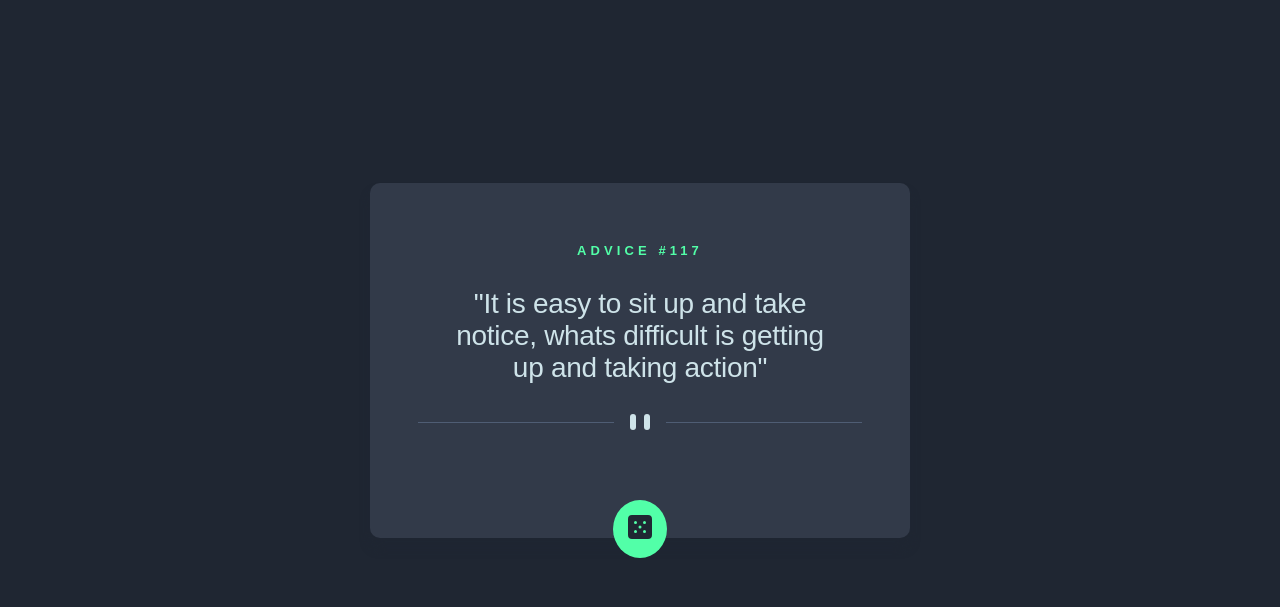
Repository: Arkitecth/advice-generator
Page: index.html
An editor plug-in stored every save of this project. The page is shown before and after the next save, followed by the edit.
The browser window is 1280 px wide. The pictures show the whole page.

Above is the page before, as saved 2023-07-12 18:03:50.

### index.html
<!DOCTYPE html>
<html lang="en">
<head>
  <meta charset="UTF-8">
  <meta name="viewport" content="width=device-width, initial-scale=1.0"> <!-- displays site properly based on user's device -->

  <link rel="icon" type="image/png" sizes="32x32" href="./images/favicon-32x32.png">
  <link rel="stylesheet" href="style.css">
  <title>Advice generator app</title>

</head>
<body>
  <div class="container">
    <p class="advice">Advice <span class="advice-num">#117</span></p>
    <p class="advice-text">"It is easy to sit up and take notice, whats difficult is getting up and taking action"</p>
    <img class="pattern-divider" src="images/pattern-divider-desktop.svg" alt="pattern-divider-desktop">
    <div>
      <img class="dice-icon" src="images/icon-dice.svg" alt="dice-icon">
    </div>

  </div>
</body>
</html>

### style.css
:root {
    --dark-blue: hsl(218, 23%, 16%);
    --dark-grayish-blue:hsl(217, 19%, 24%);
    --light-cyan:  hsl(193, 38%, 86%);
    --neon-green:hsl(150, 100%, 66%);
    --grayish-blue:hsl(217, 19%, 38%);
}
* {
    margin: 0;
    padding:0;
    box-sizing: border-box;
    font-family: 'Manrope', sans-serif;
}
@import url('https://fonts.googleapis.com/css2?family=Manrope:wght@800&display=swap');


body {
    background-color: var(--dark-blue);
    display: flex;
    height: 100vh;
    align-items: center;
}

.container {
    margin: 0 auto;
    background-color: var(--dark-grayish-blue);
    max-width: 540px;
    padding: 50px;
    border-radius: 10px;
    box-shadow: 0px 10px 10px var(--dark-blue);
    display: flex;
    flex-direction: column;
    align-items: center;
    align-content: space-around;
    justify-content: space-between;
}

.advice {
    color: var(--neon-green);
    text-transform: uppercase;
    font-weight: 800;
    letter-spacing: 4.086px;
    font-size: 0.8125rem;
    padding: 10px;
}

.advice-text {
    color: var(--light-cyan);
    text-align: center;
    font-size: 28px;
    letter-spacing: -0.3px;
    padding: 20px;
}


.pattern-divider {
    padding-top: 10px;
}


.container div {
    transform: translateY(70px);
    background-color: var(--neon-green);
    border-radius: 50%;
    padding: 15px;

}

After the next save:
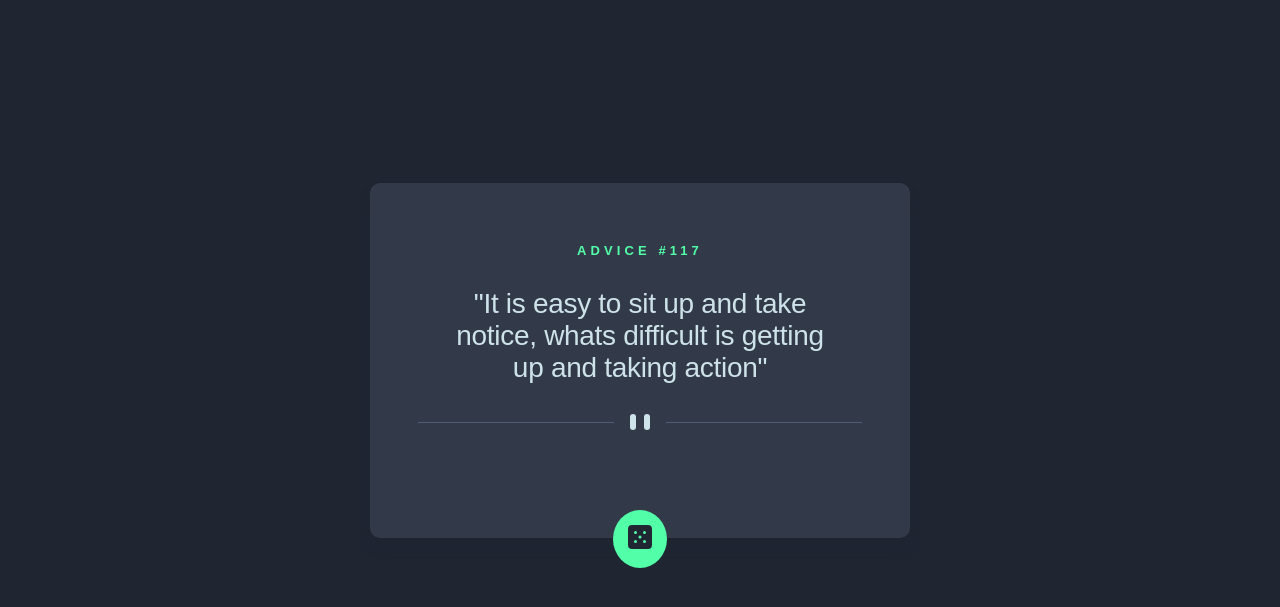
Saved 46 s later.
--- a/style.css
+++ b/style.css
@@ -59,7 +59,7 @@
 
 
 .container div {
-    transform: translateY(70px);
+    transform: translateY(80px);
     background-color: var(--neon-green);
     border-radius: 50%;
     padding: 15px;
